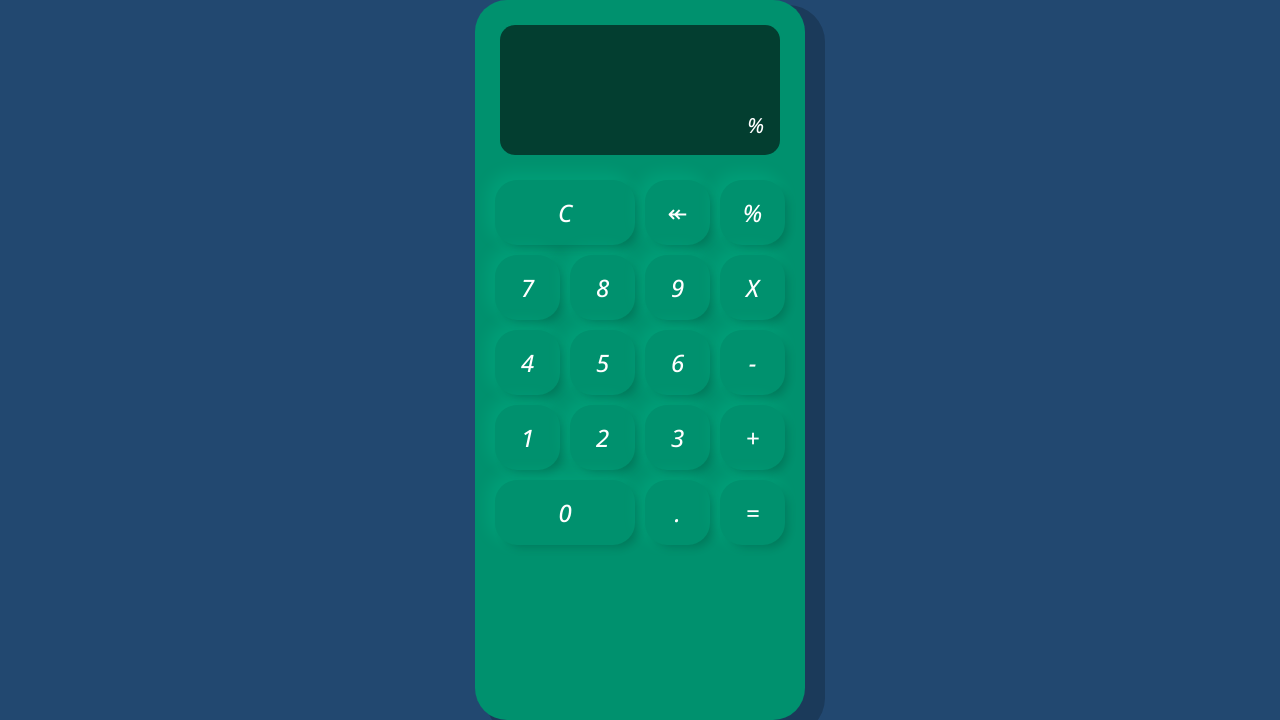
Repository: jhonenmanuel1/javaScript-calculator
Page: src/index.html
These files come from the project's save history. The page is drawn as it stood at one moment and after the next save; the edit follows.
The browser window is 1280 px wide. The pictures show the whole page.
After loading, the first visible `button.number` was clicked once.

Above is the page before, as saved 2022-08-10 21:32:08.

After the next save:
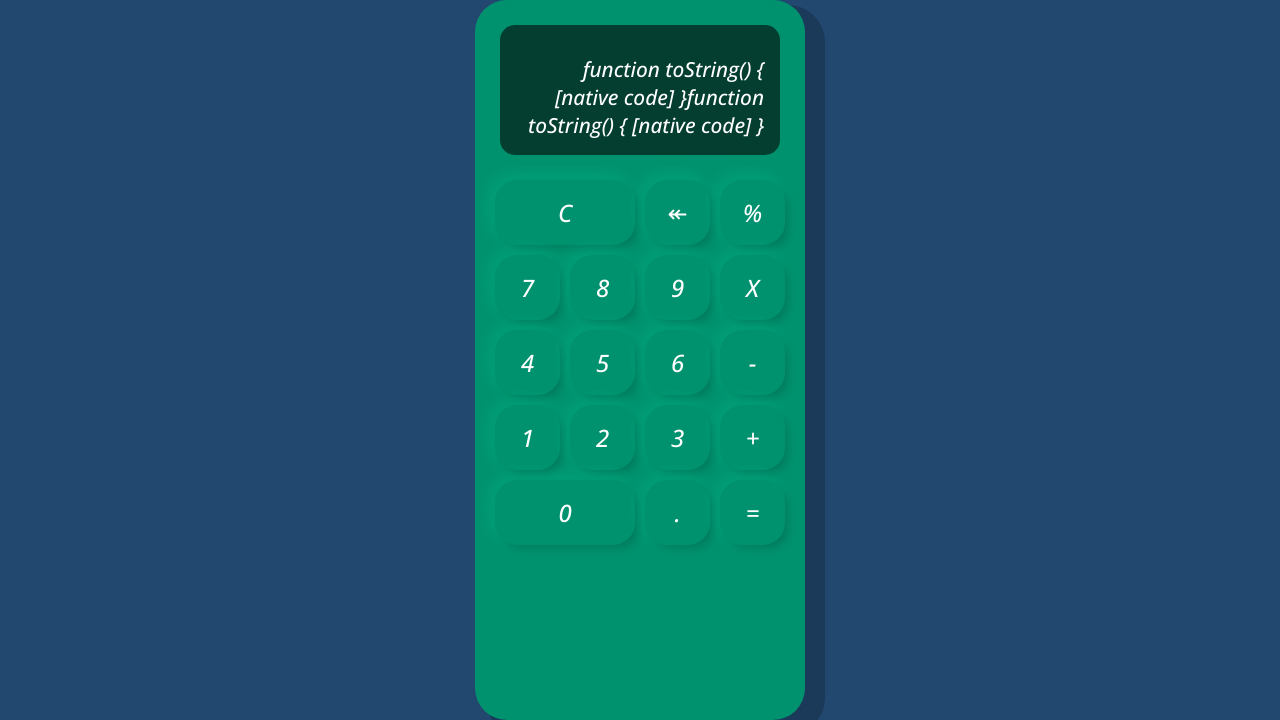
Saved 37 s later.
--- a/src/Display.js
+++ b/src/Display.js
@@ -13,7 +13,7 @@
     }
     addNumber(num){
         if(num ==='.' && this.actualValue.includes('.') ) return
-        this.actualValue = this.actualValue + num;
+        this.actualValue = this.actualValue.toString + num.toString;
         this.printValues();
 
     }

After the save that followed:
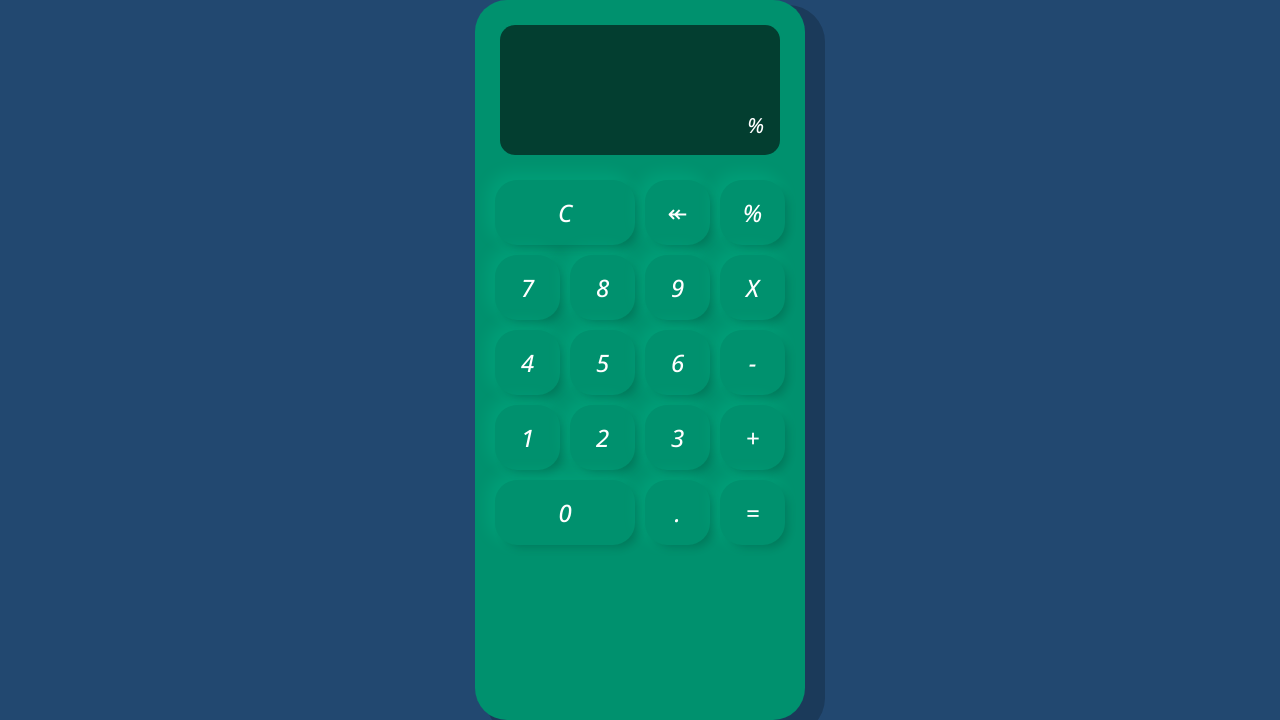
Saved 26 s later.
--- a/src/Display.js
+++ b/src/Display.js
@@ -13,7 +13,7 @@
     }
     addNumber(num){
         if(num ==='.' && this.actualValue.includes('.') ) return
-        this.actualValue = this.actualValue.toString + num.toString;
+        this.actualValue = this.actualValue.toString() + num.toString();
         this.printValues();
 
     }
